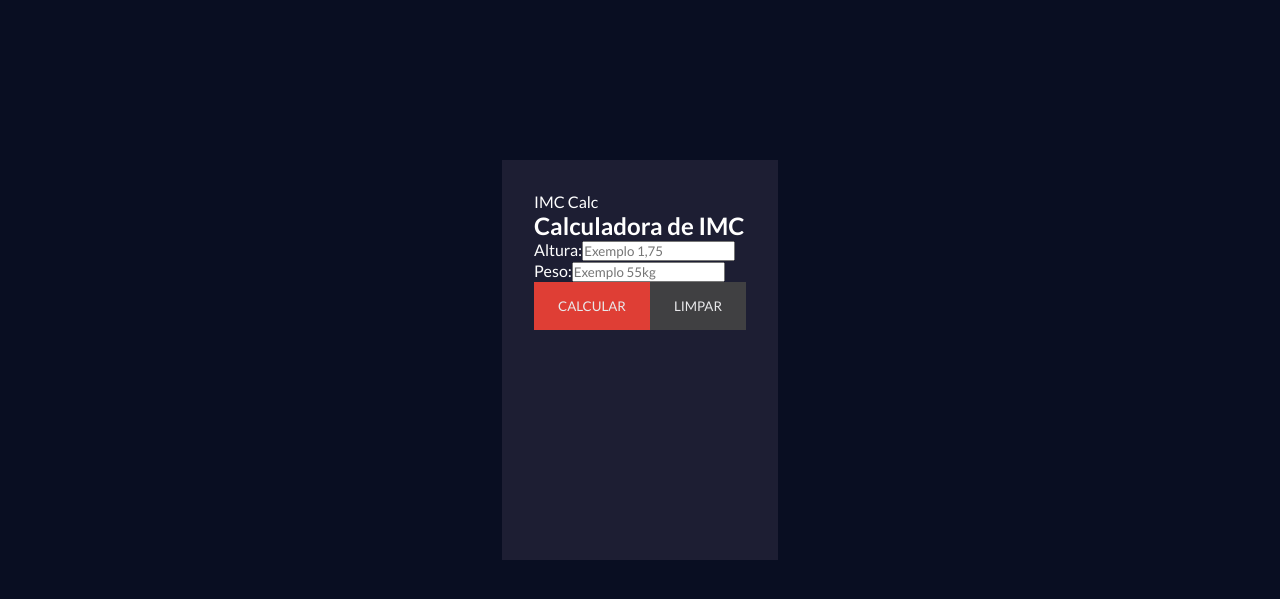
Repository: Bitroia/imc-calc-react
Page: / (app in imc/imc-calc/)
These files come from the project's save history. The page is drawn as it stood at one moment and after the next save; the edit follows.
The browser window is 1280 px wide. The pictures show the whole page.
The project was rebuilt for these pictures with package versions that can differ from the ones it lists, and the page was loaded fresh each time. Also part of the build but not shown: imc/imc-calc/vite.config.js.

Above is the page before, as saved 2026-05-26 18:46:20.

After the next save:
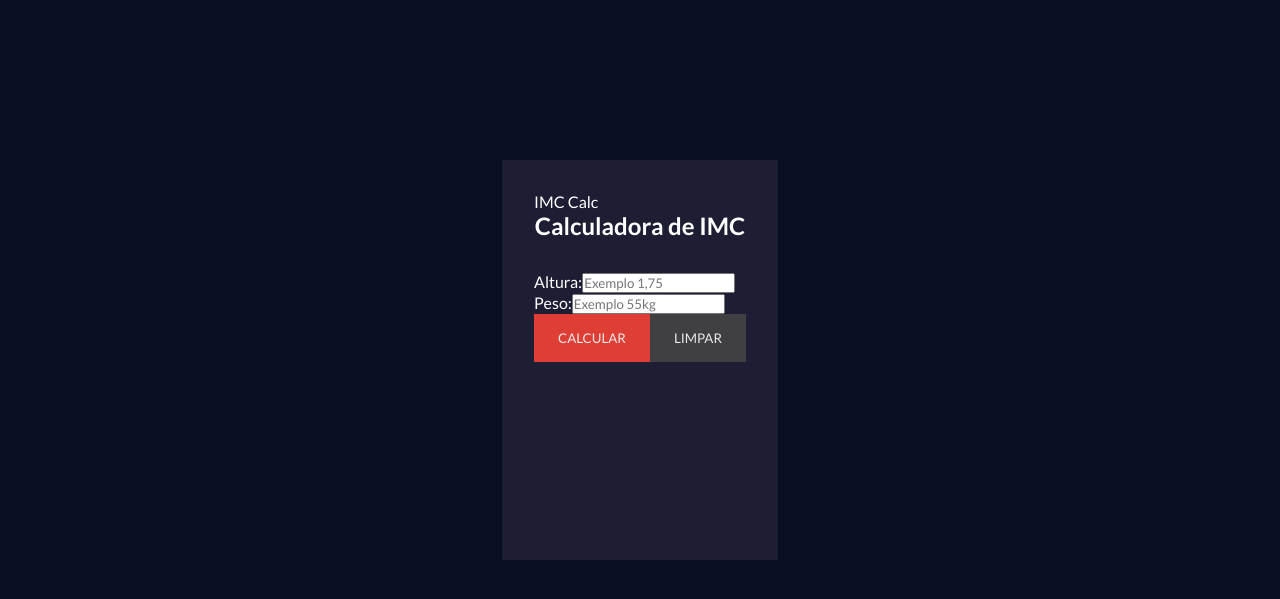
Saved 5 s later.
--- a/imc/imc-calc/src/App.jsx
+++ b/imc/imc-calc/src/App.jsx
@@ -1,7 +1,7 @@
 import { useState } from "react";
 import ImcCalc from "./components/ImcCalc";
 import "./App.css";
-import "./"
+import "./ImcCalc.css"
 
 function App() {
   return (
